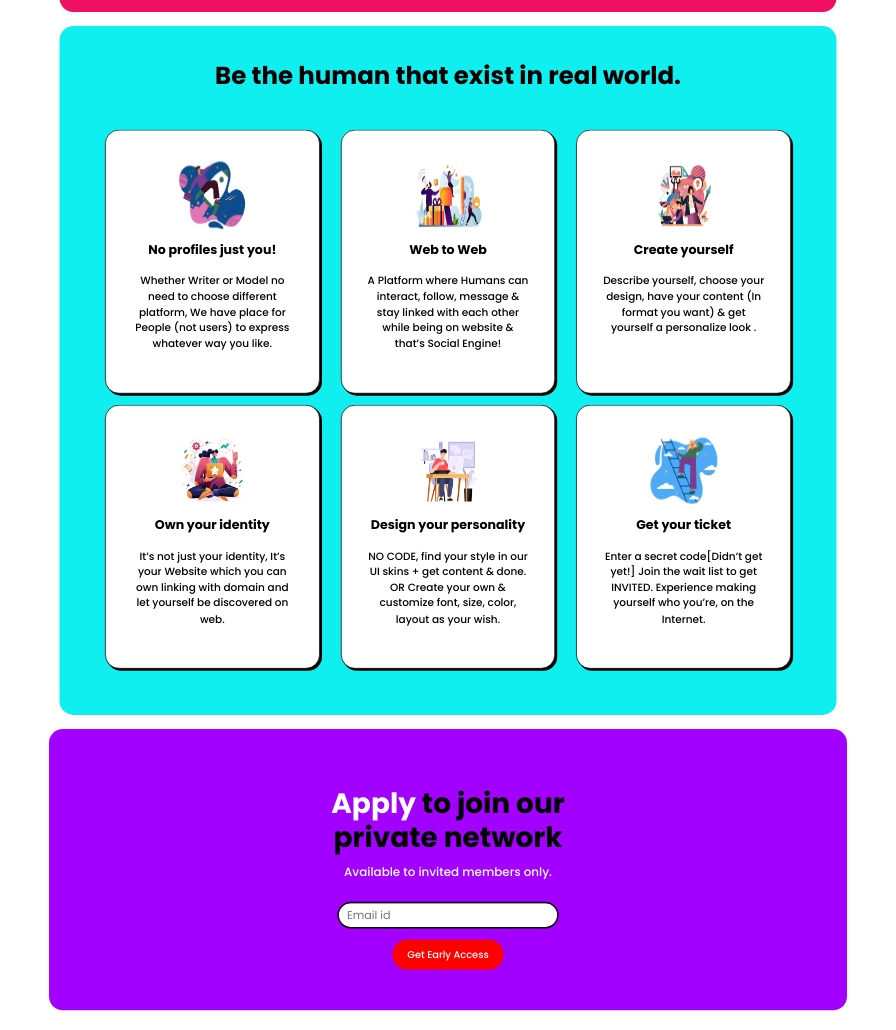
Repository: itsmesikandar/swavy.in.github.io
Page: index.html
The author's editor kept a copy of each file at every save. The page is drawn from the files as they stood at one save, then again after the next save.
The browser window is 1280 px wide. The pictures show the part of the page from y = 3645 to 5565 px (the page is 5116 px tall before and 5565 px after), at 70% of full size.

Above is the page before, as saved 2023-02-23 23:27:53.
Console error: TypeError: Cannot read properties of undefined (reading 'fn')

### index.html
<!DOCTYPE html>
<html lang="en">
<head>
  <title>Swavy</title>

  <meta charset="UTF-8">
  <meta name="viewport" content="width=device-width, initial-scale=1.0">
  <meta http-equiv="X-UA-Compatible" content="ie=edge">
  <link rel="stylesheet" href="vendors/owl-carousel/css/owl.carousel.min.css">
  <link rel="stylesheet" href="vendors/owl-carousel/css/owl.theme.default.css">
  <link rel="stylesheet" href="vendors/mdi/css/materialdesignicons.min.css">
  <link rel="stylesheet" href="vendors/aos/css/aos.css">
  <link rel="stylesheet" href="css/style.min.css">
  <link rel="stylesheet" href="css/style.css">
  <link rel="stylesheet"
        href="https://cdnjs.cloudflare.com/ajax/libs/OwlCarousel2/2.3.4/assets/owl.carousel.min.css"
        integrity="sha512-tS3S5qG0BlhnQROyJXvNjeEM4UpMXHrQfTGmbQ1gKmelCxlSEBUaxhRBj/EFTzpbP4RVSrpEikbmdJobCvhE3g=="
        crossorigin="anonymous" />
  <link rel="stylesheet"
        href="https://cdnjs.cloudflare.com/ajax/libs/OwlCarousel2/2.3.4/assets/owl.theme.default.min.css"
        integrity="sha512-sMXtMNL1zRzolHYKEujM2AqCLUR9F2C4/05cdbxjjLSRvMQIciEPCQZo++nk7go3BtSuK9kfa/s+a4f4i5pLkw=="
        crossorigin="anonymous" />

</head>
<body id="body" data-spy="scroll" data-target=".navbar" data-offset="100">
  <header id="header-section">
    <nav class="navbar navbar-expand-lg pl-3 pl-sm-0 py-4" id="navbar">
    <div class="container">
      <div class="navbar-brand-wrapper d-flex ">
        <h4 style="color:rgb(253, 81, 1); font-size: 18px;">#NotJustSocialMedia</h4>
      </div>
    </div>
    </nav>
  </header>
  <div class="banner" >
    <div class="container-fluid">
      <h1 class="font-weight-semibold margin-top" id="ht">Discover<br>The Best Form Of Yourself</h1>
      <h5 class="font-weight-normal text-muted pb-3">Where humans create themselves, not Platform.</h5>
      <img src="images/hero-img.png" alt="" class="img-fluid">
    </div>
  </div>
      <div class="content-wrapper ">
        <div class="container">




          <section class="features-overview bg_color_first " id="features-section" >
            <!-- <div class="content-header">
              <h3><b>Bored seeing same profiles design?</b></h3>
              <h6 class="section-subtitle text-muted">Billions others too, What if i say<br>You can have your website as your social identity! for free.</h6>
            </div> -->

            <!-- <div class="contact-us" id="contact-section">
              <div class="container">
                <div class=" contact-upper" >
                  <div data-aos="fade-up">
                    <div class="col-12  offset-sm-3 col-sm-6 offset-sm-3 offset-lg-3 col-lg-6 offset-lg-3 ">
                      <form name="submit-to-google-sheet" id="myFormm">
                        <div class="">
                          <input type="email" placeholder="Enter your email address" />
                          <button type="submit" class="btn btn-danger r-20 font-weight-medium">Get Early Access</button>
                       </div>
                         <input type="email" name="Email" class="input-form-control r-20" id="Email" placeholder="Enter your email address">
                        <div class="pt-3">
                          <button type="submit" class="btn btn-danger r-20 font-weight-medium">Get Early Access</button>
                        </div>
                      </form>
                    </div>
                  </div>
                </div>
              </div>
            </div> -->

            <div class="content-header  ">
              <h2 class="section-subtitle color-white"><b>Where you can</b></h4>
              <h2 class="color-white"><b>Show what you are but better.</b></h4>
            </div>

            <div class="d-md-flex justify-content-between mx-5">
              <div class="grid-margin justify-content-center bg_color_white box-shadow-3d-a mx-5 px-2">
                <div class="features-width text-center py-3 pt-5">
                  <img src="images/nomore.png" width="100" height="100" alt="" class="img-icons">
                  <h5 class="py-3 font-weigh-sub">No More<br>Default Profiles</h5>
                  <p class="text-muted font-wt-p">Forget that default profile design that matches with Billions other!</p>
                </div>
              </div>
              <div class="grid-margin  justify-content-center bg_color_white box-shadow-3d-b mx-5 px-2">
                <div class="features-width text-center py-3 pt-5">
                  <img src="images/noplatform.jpg" width="100" height="100" alt="" class="img-icons">
                  <h5 class="py-3 font-weigh-sub">No Need Of<br>Different Platform</h5>
                  <p class="text-muted font-wt-p">Does platform limits you expression: some allows video, image or text only?
                  </p>
                </div>
              </div>
              <div class="grid-margin justify-content-center bg_color_white box-shadow-3d-c mx-5 px-2">
                <div class="features-width text-center py-3 pt-5">
                  <img src="images/tenent.png" width="100" height="100" alt="" class="img-icons">
                  <h5 class="py-3 font-weigh-sub">You No Need<br>To Live As Tenant</h5>
                  <p class="text-muted font-wt-p">Own your virtual identity, like you own your real life.~Web+Domain, for free.</p>
                </div>
              </div>
            </div>
          </section>


          <section class=" features-overview customer-feedback bg_color_second" id="feedback-section">
            <div class="container">
              <div class="row">
                <div class="col-12 text-center pb-4">

                  <h2 class="section-subtitle mt-5"><b>Bring Your Ideas Into Life</b></h2>

                </div>

                <div class="col-12 paa-5">
                  <div class="owl-carousel owl-theme">
                    <div class="card customer-cards">
                      <img src="images/educator.png"  alt="" >
                    </div>
                    <div class="card customer-cards">
                      <img src="images/creator.png"  alt="" >
                    </div>
                    <div class="card customer-cards">
                      <img src="images/model.png"  alt="" >
                    </div>
                    <div class="card customer-cards">
                      <img src="images/writer.png"  alt="" >
                    </div>
                  </div>
                </div>
              </div>
            </div>

          </section>

          <section class="features-overview bg_color_third " id="features-section" >
            <div class="container">
              <div class="row align-items-center ">
                <div class="col-12  col-lg-offset-1 col-lg-6 grid-margin grid-margin-lg-0 align-left pl-5 pt-5 pb-5" data-aos="fade-right">
                  <h2 class="m-0 font-wt-h3 mb-5">Makes your Personality<br>visible like your<br>Identity.</h2>
                  <div class="col-lg-12  font-wt-wb box-shadow-3d-d">
                    <p class=" font-wt-c mt-2">Whether you are a model who never skips shooting, a blogger who writes about his life and publishes online, or a seller who sends products with happiness.</p>
                    <p class="font-wt-c ">Whatever your personality is, it can now be reflected online, No Different Platform.</p>
                    <h4 class="font-wt-p color-black">#PlaceForAll</h4>
                  </div>
                </div>
                <div class="col-12  col-lg-6  img-digital grid-margin grid-margin-lg-0 pr-5 pt-5 pb-5" data-aos="fade-left">
                  <div class="carousel slide" data-ride="carousel">
                    <div class="carousel-inner">
                      <div class="carousel-item active">
                        <img src="images/vlog.png" alt="" class="img-fluid d-block w-100">
                      </div>
                      <div class="carousel-item ">
                        <img src="images/show.png" alt="" class="img-fluid d-block w-100">
                      </div>
                      <div class="carousel-item ">
                        <img src="images/podcast.png" alt="" class="img-fluid d-block w-100">
                      </div>
                      <div class="carousel-item ">
                        <img src="images/sell.png" alt="" class="img-fluid d-block w-100">
                      </div>
                    </div>
                  </div>
                </div>
              </div>
            </div>
          </section>

          <section class="features-overview bg_color_fourth " id="features-section" >
            <div class="container">
              <div class="row align-items-center ">
                <div class="col-12 col-lg-6  img-digital grid-margin grid-margin-lg-0 pl-5 pt-5 pb-5 " data-aos="fade-right">
                  <div class="carousel slide" data-ride="carousel">
                    <div class="carousel-inner">
                      <div class="carousel-item active">
                        <img src="images/class.png" alt="" class="img-fluid d-block w-100">
                      </div>
                      <div class="carousel-item ">
                        <img src="images/radhika.png" alt="" class="img-fluid d-block w-100">
                      </div>
                      <div class="carousel-item ">
                        <img src="images/news.png" alt="" class="img-fluid d-block w-100">
                      </div>
                    </div>
                  </div>
                </div>
                <div class="col-12 col-lg-6 col-lg-offset-1 grid-margin grid-margin-lg-0 align-left pr-5 pt-5 pb-5" data-aos="fade-left">
                  <h3 class="m-0 font-wt-h3 mb-5">Share your knowledge<br> with people around the world.</h3>
                  <div class="col-lg-12  font-wt-wb box-shadow-3d-d">
                    <p class="font-wt-c mt-2">Now you don't need any medium to publish articles, Don't need to create an app to teach or be on TV to spread your cooking skills.</p>
                    <p class="font-wt-c">Just create, design and connect with everyone, through website to website!.</p>
                    <h4 class="font-wt-p color-black">#PlaceWhereHumanExists</h4>
                  </div>
                </div>
              </div>
            </div>
          </section>


          <section class="case-studies bg_color_fifth" id="case-studies-section">
            <div class="container">
              <div class="row ">
                <div class="col-12 text-center pb-5">
                  <h2><b>Be the human that exist in real world.</b></h2>
                </div>

                <div class="col-12 col-md-6 col-lg-4 stretch-card mb-3 mb-lg-3 " data-aos="zoom-in">
                  <div class="card customer-cards font-wt-wb box-shadow-3d-e">
                    <div class="card-body">
                      <div class="text-center">
                        <img src="images/goalive.png" width="100" height="100" alt="" class="img-customer">
                        <div class="content-divider m-auto"></div>
                        <h6 class="card-title pt-3 font-weigh-sub">No profiles just you!</h6>
                        <p class="m-0 py-3  font-wt-p">Whether Writer or Model no need to choose different platform, We have place for People (not users) to express whatever way you like.</p>
                      </div>
                    </div>
                  </div>
                </div>

                <div class="col-12 col-md-6 col-lg-4 stretch-card mb-3 mb-lg-3 " data-aos="zoom-in" data-aos-delay="200">
                  <div class="card customer-cards card customer-cards font-wt-wb box-shadow-3d-e">
                    <div class="card-body">
                      <div class="text-center">
                        <img src="images/friends.jpg" width="100" height="100" alt="" class="img-customer">
                        <div class="content-divider m-auto"></div>
                        <h6 class="card-title pt-3 font-weigh-sub">Web to Web</h6>
                        <p class="m-0 py-3 font-wt-p">A Platform where Humans can interact, follow, message & stay linked with each other while being on website & that’s Social Engine!</p>
                      </div>
                    </div>
                  </div>
                </div>

                <div class="col-12 col-md-6 col-lg-4 stretch-card mb-3 mb-lg-3" data-aos="zoom-in" data-aos-delay="400">
                  <div class="card customer-cards font-wt-wb box-shadow-3d-e">
                    <div class="card-body">
                      <div class="text-center">
                        <img src="images/create.jpg" width="100" height="100" alt="" class="img-customer">
                        <div class="content-divider m-auto"></div>
                        <h6 class="card-title pt-3 font-weigh-sub">Create yourself</h6>
                        <p class="m-0 py-3 font-wt-p">Describe yourself, choose your design, have your content (In format you want) & get yourself a personalize look .</p>
                      </div>
                    </div>
                  </div>
                </div>

                <div class="col-12 col-md-6 col-lg-4 stretch-card mb-3 mb-lg-3" data-aos="zoom-in" data-aos-delay="600">
                  <div class="card customer-cards font-wt-wb box-shadow-3d-e">
                    <div class="card-body">
                      <div class="text-center">
                        <img src="images/own.jpg" width="100" height="100" alt="" class="img-customer">
                        <div class="content-divider m-auto"></div>
                        <h6 class="card-title pt-3 font-weigh-sub">Own your identity</h6>
                        <p class="m-0 py-3 font-wt-p">It’s not just your identity, It’s your Website which you can own linking with domain and let yourself be discovered on web.</p>
                      </div>
                    </div>
                  </div>
                </div>

                <div class="col-12 col-md-6 col-lg-4 stretch-card mb-3 mb-lg-3" data-aos="zoom-in" data-aos-delay="400">
                  <div class="card customer-cards font-wt-wb box-shadow-3d-e">
                    <div class="card-body">
                      <div class="text-center">
                        <img src="images/design.jpg" width="100" height="100" alt="" class="img-customer">
                        <div class="content-divider m-auto"></div>
                        <h6 class="card-title pt-3 font-weigh-sub">Design your personality</h6>
                        <p class="m-0 py-3 font-wt-p">NO CODE, find your style in our UI skins + get content & done. OR Create your own & customize font, size, color, layout as your wish.</p>
                      </div>
                    </div>
                  </div>
                </div>

                <div class="col-12 col-md-6 col-lg-4 stretch-card mb-3 mb-lg-3" data-aos="zoom-in" data-aos-delay="600">
                  <div class="card customer-cards font-wt-wb box-shadow-3d-e">
                    <div class="card-body">
                      <div class="text-center">
                        <img src="images/ticket.png" width="100" height="100" alt="" class="img-customer">
                        <div class="content-divider m-auto"></div>
                        <h6 class="card-title pt-3 font-weigh-sub">Get your ticket</h6>
                        <p class="m-0 py-3 font-wt-p">Enter a secret code[Didn’t get yet!] Join the wait list to get INVITED. Experience making yourself who you’re, on the Internet.</p>
                      </div>
                    </div>
                  </div>
                </div>

              </div>
            </div>
          </section>
    </div>

    <section class="text-center align-items-center " >
      <div class="container  bg_color_sixth">
        <div class="contact-us-bgimage py-2" >
          <div class="py-4">
            <h1 class="px-3 px-md-0 m-0 fw" data-aos="fade-down"><span class="color-white">Apply</span> to join our<br>private network</h1>
            <h6 class="mt-3 color-white">Available to invited members only.</h6>
          </div>

          <div data-aos="fade-up">
            <div class="col-12  offset-sm-3 col-sm-6 offset-sm-3 offset-lg-4 col-lg-4 offset-lg-4 ">
              <form name="submit-to-google-sheet" id="myForm">
                <input type="email" name="Email" class="input-form-control r-20" id="Email" placeholder="Email id">
                <div class="pt-3">
                  <button type="submit" class="btn btn-danger font-weight-medium r-20">Get Early Access</button>
                </div>
              </form>
            </div>
          </div>
        </div>
      </div>
    </section>
  </div>

  <script>
       !function(){var analytics=window.analytics=window.analytics||[];if(!analytics.initialize)if(analytics.invoked)window.console&&console.error&&console.error("Segment snippet included twice.");else{analytics.invoked=!0;analytics.methods=["trackSubmit","trackClick","trackLink","trackForm","pageview","identify","reset","group","track","ready","alias","debug","page","once","off","on","addSourceMiddleware","addIntegrationMiddleware","setAnonymousId","addDestinationMiddleware"];analytics.factory=function(e){return function(){var t=Array.prototype.slice.call(arguments);t.unshift(e);analytics.push(t);return analytics}};for(var e=0;e<analytics.methods.length;e++){var key=analytics.methods[e];analytics[key]=analytics.factory(key)}analytics.load=function(key,e){var t=document.createElement("script");t.type="text/javascript";t.async=!0;t.src="https://cdn.segment.com/analytics.js/v1/" + key + "/analytics.min.js";var n=document.getElementsByTagName("script")[0];n.parentNode.insertBefore(t,n);analytics._loadOptions=e};analytics._writeKey="sy1jEkZRdvqaCf5dOWhj4yyXbsgHlnL4";;analytics.SNIPPET_VERSION="4.15.3";
        analytics.load("sy1jEkZRdvqaCf5dOWhj4yyXbsgHlnL4");
        analytics.page();
        }}();


    const scriptURL = 'https://script.google.com/macros/s/AKfycbxXpgQgQMZqhFNl4IiDehqWTr5-PkKsvUA7oIWJAg1q1VEVA7wHIRvszY07XR8cTBPduQ/exec'
    const form = document.forms['submit-to-google-sheet']
    //const formm = document.forms['submit-to-google-sheet']
    const fr = document.getElementById("myForm")
    //const frr = document.getElementById("myFormm")

    // formm.addEventListener('submit', e => {
    //   e.preventDefault()
    //   fetch(scriptURL, { method: 'POST', body: new FormData(formm)})
    //     .then(response =>
    //     frr.reset())
    //     .catch(error => console.error('Error###', error.message))
    // })

    form.addEventListener('submit', e => {
      e.preventDefault()
      fetch(scriptURL, { method: 'POST', body: new FormData(form)})
        .then(response =>
        fr.reset())
        .catch(error => console.error('Error!!!!!!', error.message))
    })

  </script>
  <script src="https://cdnjs.cloudflare.com/ajax/libs/OwlCarousel2/2.3.4/owl.carousel.min.js"
  integrity="sha512-bPs7Ae6pVvhOSiIcyUClR7/q2OAsRiovw4vAkX+zJbw3ShAeeqezq50RIIcIURq7Oa20rW2n2q+fyXBNcU9lrw=="
  crossorigin="anonymous"></script>
  <script src="vendors/jquery/jquery.min.js"></script>
  <script src="vendors/bootstrap/bootstrap.min.js"></script>
  <script src="vendors/owl-carousel/js/owl.carousel.min.js"></script>
  <script src="vendors/aos/js/aos.js"></script>
  <script src="js/landingpage.js"></script>
</body>
</html>

### js/landingpage.js
// HEADER ANIMATION
window.onscroll = function() {scrollFunction()};
var element = document.getElementById("body");
function scrollFunction() {
  if (document.body.scrollTop > 400 || document.documentElement.scrollTop > 400) {
      $(".navbar").addClass("fixed-top");
      element.classList.add("header-small");
      $("body").addClass("body-top-padding");

  } else {
      $(".navbar").removeClass("fixed-top");
      element.classList.remove("header-small");
      $("body").removeClass("body-top-padding");
  }
}

// OWL-CAROUSAL
$('.owl-carousel').owlCarousel({
    items: 3,
    loop:true,
    nav:false,
    dot:true,
    autoplay: true,
    slideTransition: 'linear',
    autoplayHoverPause: true,
    responsive:{
      0:{
          items:1
      },
      600:{
          items:2
      },
      1000:{
          items:3
      }
  }
})

// SCROLLSPY
$(document).ready(function() {
  $(".nav-link").click(function() {
      var t = $(this).attr("href");
      $("html, body").animate({
          scrollTop: $(t).offset().top - 75
      }, {
          duration: 1000,
      });
      $('body').scrollspy({ target: '.navbar',offset: $(t).offset().top });
      return false;
  });

});

// AOS
AOS.init({
    offset: 120,
    delay: 0,
    duration: 1200,
    easing: 'ease',
    once: true,
    mirror: false,
    anchorPlacement: 'top-bottom',
    disable: "mobile"
  });

//SIDEBAR-OPEN
  $('#navbarSupportedContent').on('hidden.bs.collapse', function () {
    $("body").removeClass("sidebar-open");
  })

  $('#navbarSupportedContent').on('shown.bs.collapse', function () {
    $("body").addClass("sidebar-open");
  })


  window.onresize = function() {
    var w = window.innerWidth;
    if(w>=992) {
      $('body').removeClass('sidebar-open');
      $('#navbarSupportedContent').removeClass('show');
    }
  }

Loaded but not shown: vendors/owl-carousel/css/owl.carousel.min.css (library); vendors/owl-carousel/css/owl.theme.default.css (common file); vendors/mdi/css/materialdesignicons.min.css (library); vendors/aos/css/aos.css (library); css/style.min.css (library); css/style.css (library); vendors/jquery/jquery.min.js (library); vendors/bootstrap/bootstrap.min.js (library); vendors/owl-carousel/js/owl.carousel.min.js (library); vendors/aos/js/aos.js (library)

After the next save:
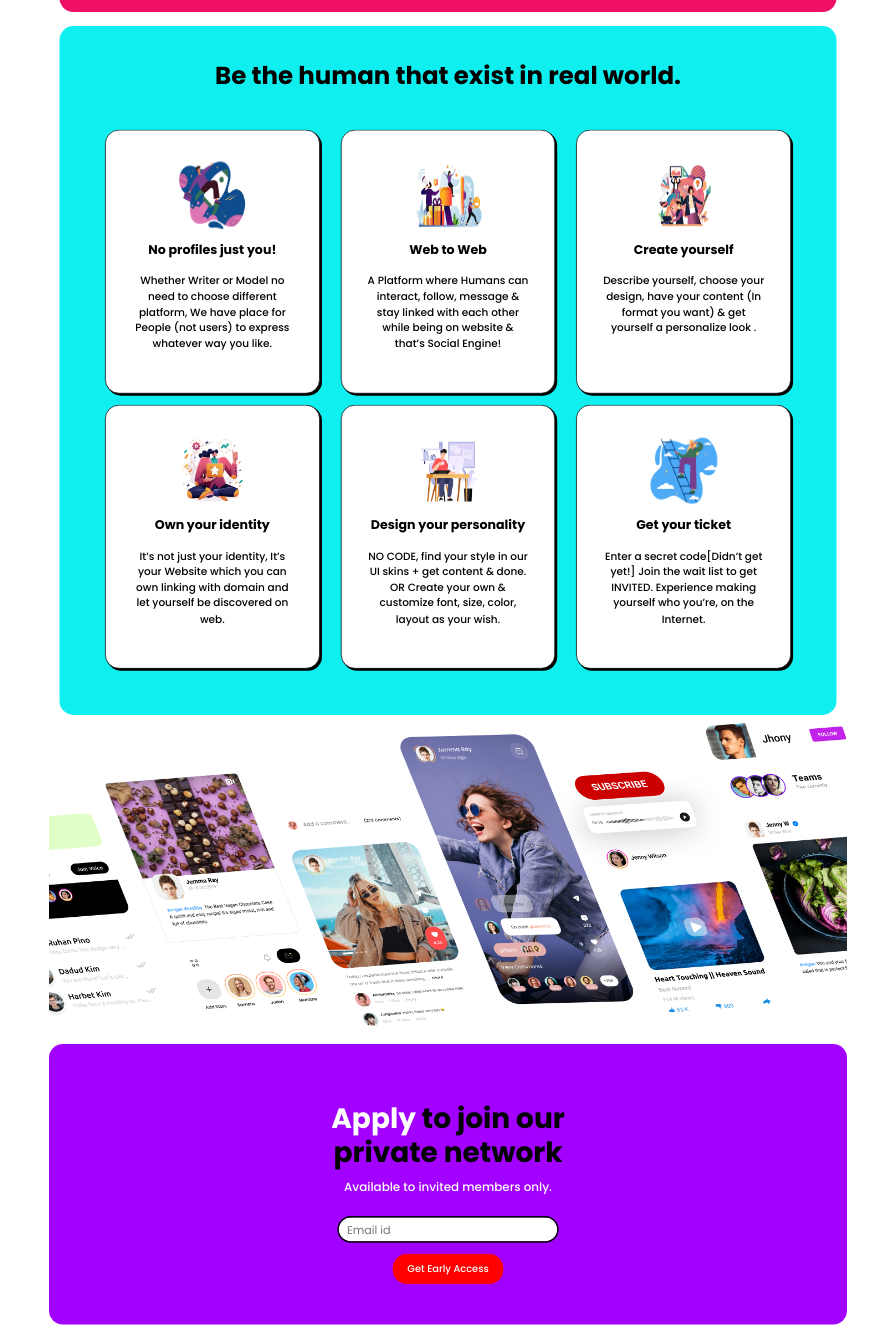
Saved 67 s later.
--- a/index.html
+++ b/index.html
@@ -288,6 +288,14 @@
           </section>
     </div>
 
+    <div class="container">
+      <div class="row">
+        <div>
+          <img src="images/hero-img.png" alt="" class="img-fluid">
+        </div>
+      </div>
+    </div>
+
     <section class="text-center align-items-center " >
       <div class="container  bg_color_sixth">
         <div class="contact-us-bgimage py-2" >
@@ -309,6 +317,7 @@
         </div>
       </div>
     </section>
+
   </div>
 
   <script>
